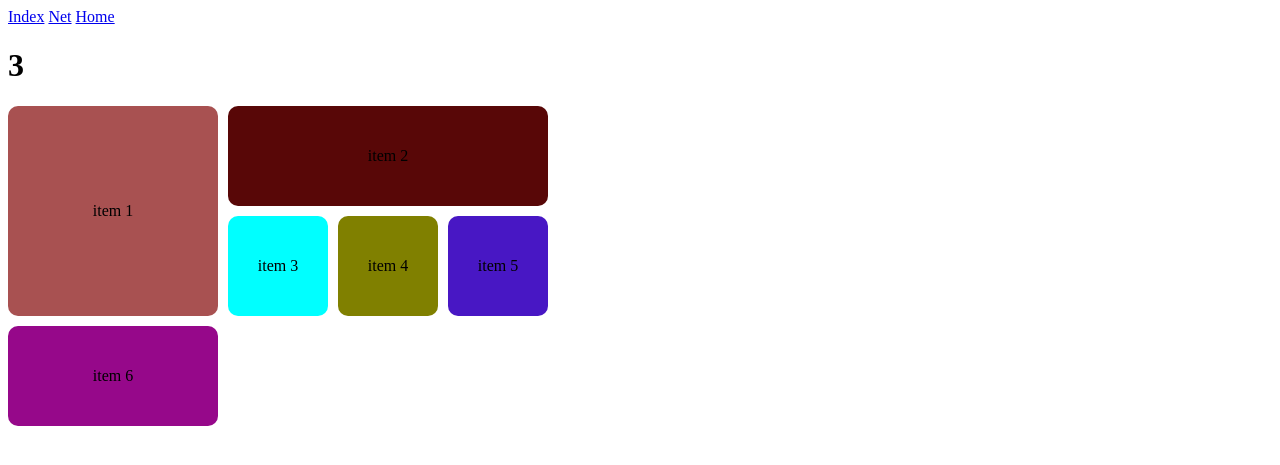
Repository: Nguyen-Toan-2004/du-an-test
Page: product.htm
An editor plug-in stored every save of this project. The page is shown before and after a run of saves, followed by the edit.
The browser window is 1280 px wide. The pictures show the whole page.

Above is the page before, as saved 2025-10-22 20:44:03.

After the next 4 saves:
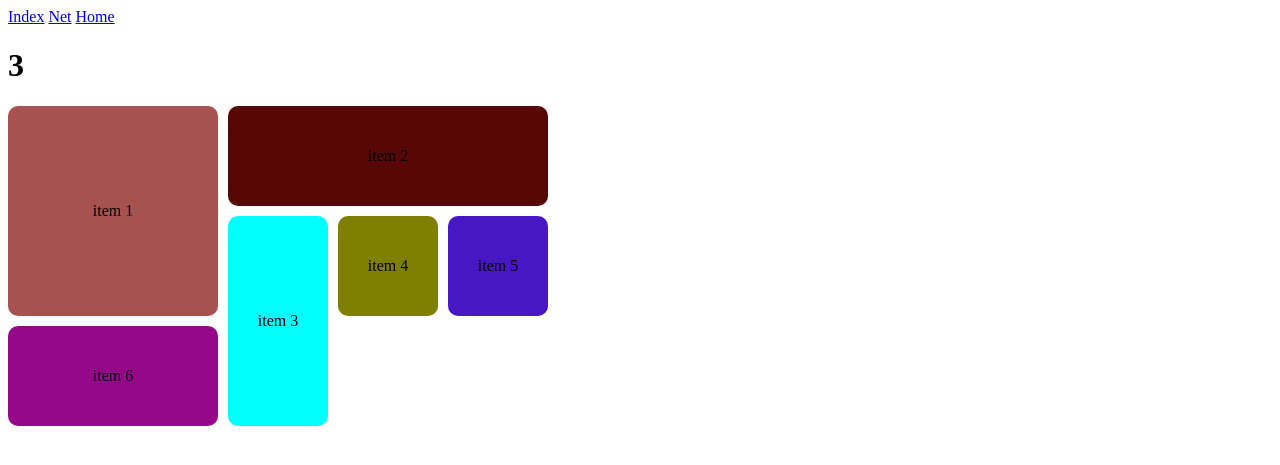
The 4 saves are shown as one change because they came seconds apart.
The last was saved 17 s later.
--- a/product.htm
+++ b/product.htm
@@ -38,7 +38,8 @@
       .box3 {
         background: aqua;
         grid-row-start: 2;
-        grid-template-rows: 4;
+        grid-row-end: 4;
+
       }
       .box4 {
         background: olive;
